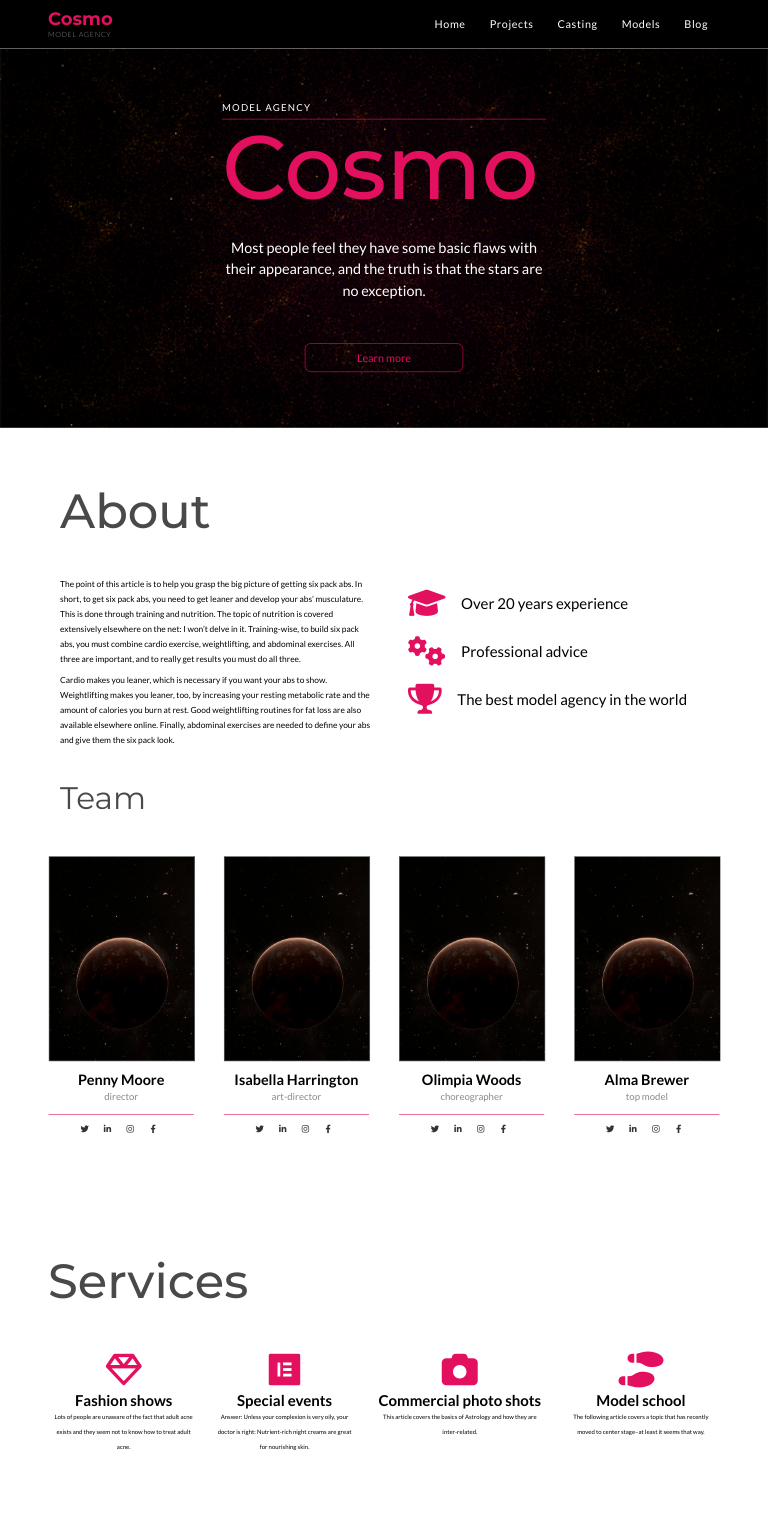
Repository: soniaarefin/cosmo
Page: index.html
These files come from the project's save history. The page is drawn as it stood at one moment and after a run of saves; the edit follows.
The browser window is 1280 px wide. The pictures show the whole page, at 60% of full size.

Above is the page before, as saved 2021-11-09 21:34:18.

After the next 5 saves:
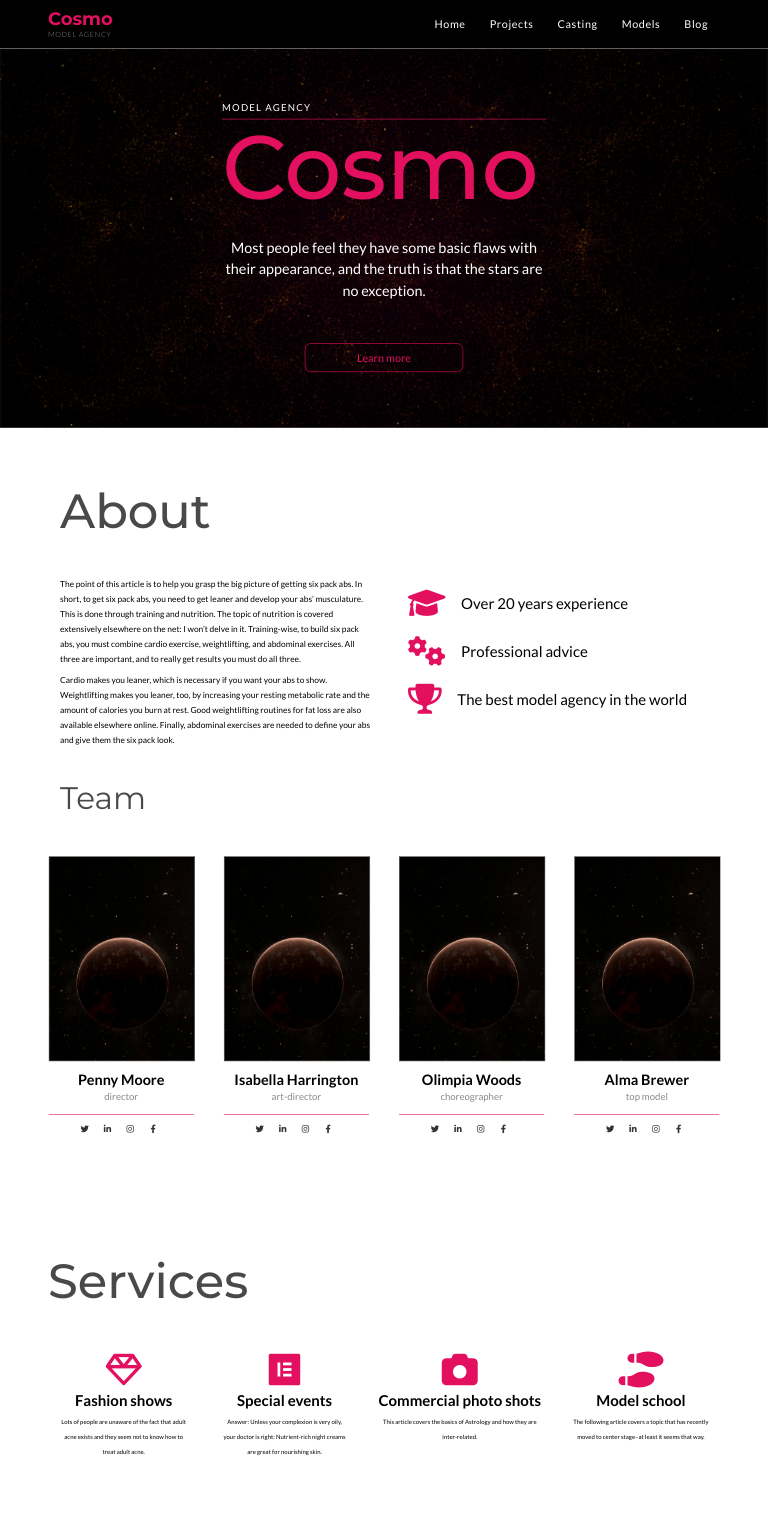
The 5 saves are shown as one change because they came seconds apart.
The last was saved 21 s later.
--- a/assets/css/style.css
+++ b/assets/css/style.css
@@ -389,7 +389,7 @@ section{
 }
 .service-paragraph {
     font-size: 10px;
-
+    margin: 8px ;
 }
 .services-icon {
     margin: 0 12px;
